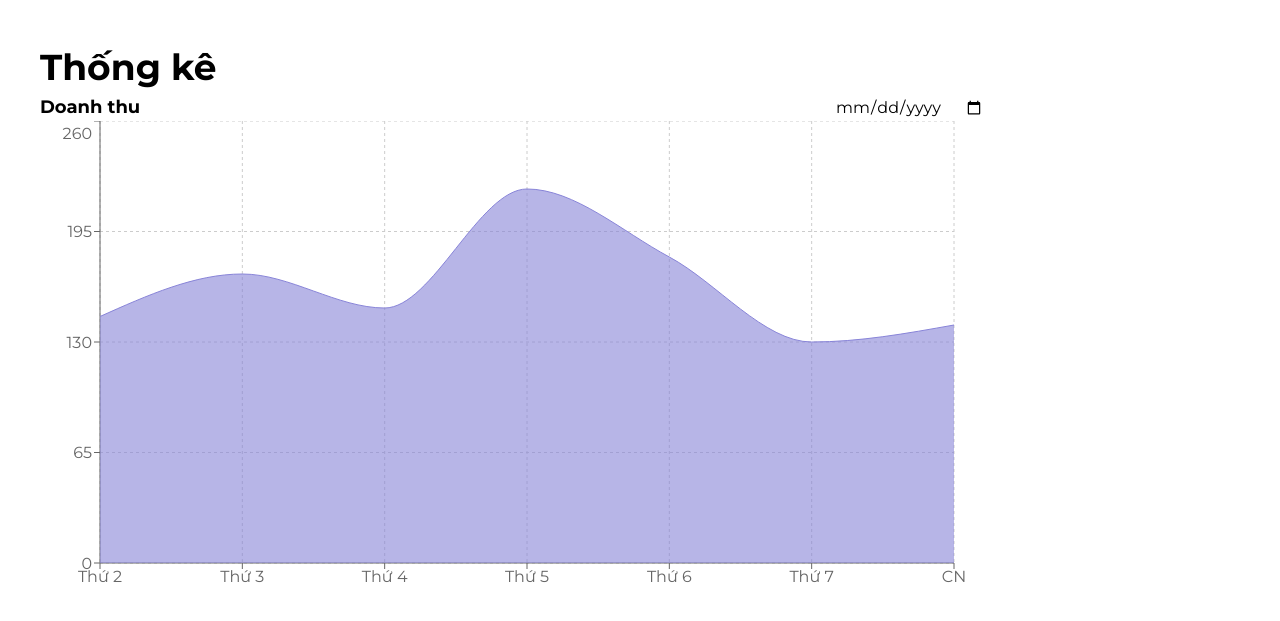
Repository: iphoneboy46/AltaMediaCMS
Page: /
The author's editor kept a copy of each file at every save. The page is drawn from the files as they stood at one save, then again after the next save.
The browser window is 1280 px wide. The pictures show the whole page.
Some web libraries are served in a nearby version. The project was rebuilt for these pictures with package versions that can differ from the ones it lists, and the page was loaded fresh each time.

Above is the page before, as saved 2023-03-26 22:15:02.

After the next save:
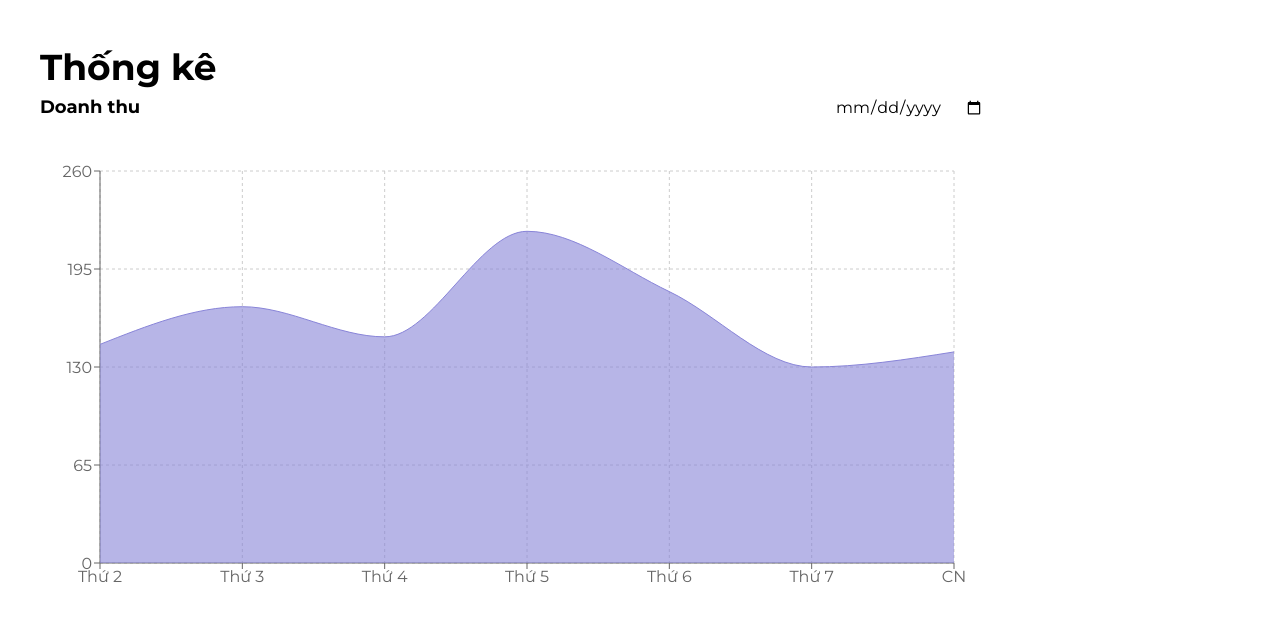
Saved 7 s later.
--- a/src/components/Charts/Charts.tsx
+++ b/src/components/Charts/Charts.tsx
@@ -57,7 +57,7 @@ function Charts() {
           height={400}
           data={data}
           margin={{
-            top: 0,
+            top: 50,
             right: 30,
             left: 0,
             bottom: 0,
